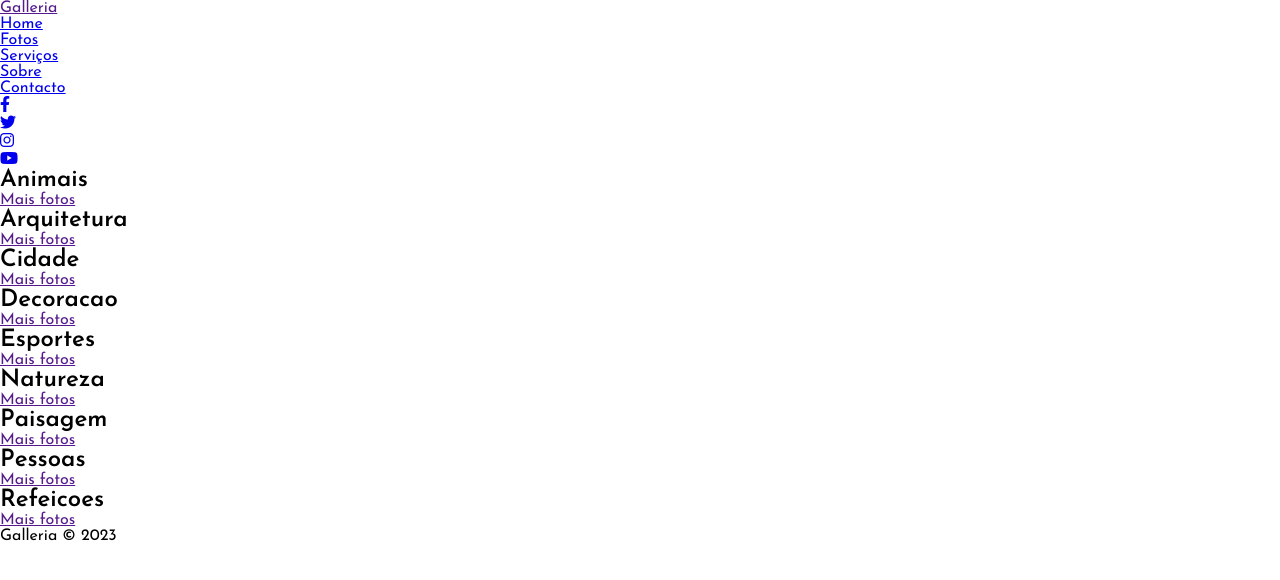
Repository: AghastyGD/gallery-sass
Page: index.html
These files come from the project's save history. The page is drawn as it stood at one moment and after the next save; the edit follows.
The browser window is 1280 px wide. The pictures show the whole page.
The style sheet was rebuilt from its Sass, Less or Tailwind sources for each picture, by a compiler version that may differ from the author's.

Above is the page before, as saved 2023-10-13 18:00:29.

After the next save:
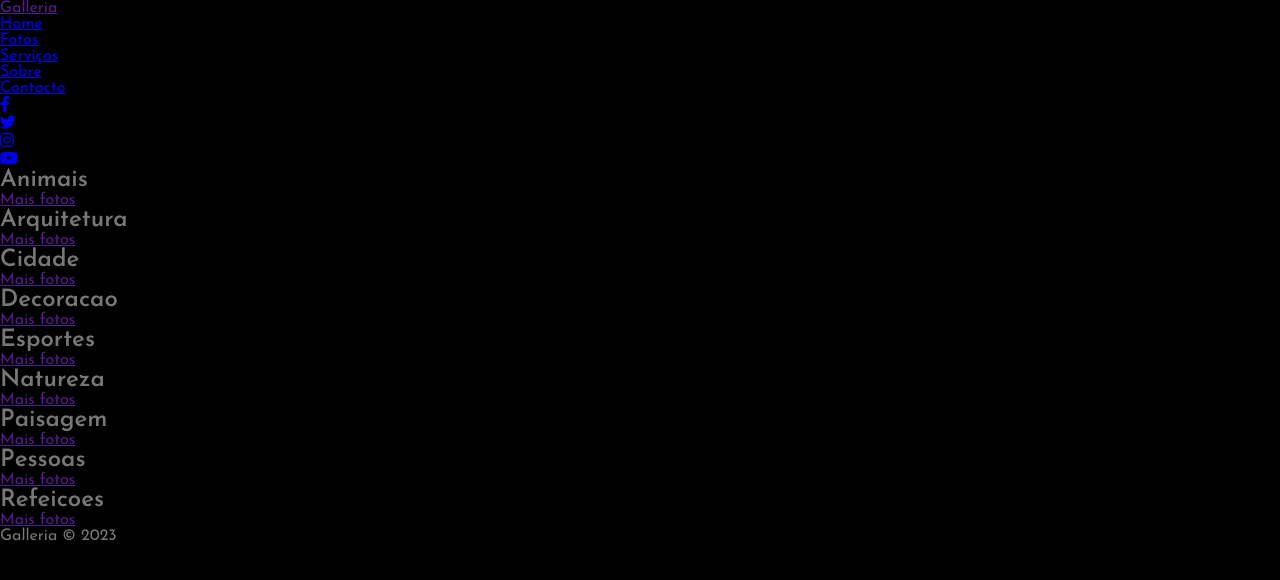
Saved 73 s later.
--- a/sass/styles.sass
+++ b/sass/styles.sass
@@ -5,3 +5,7 @@
   padding: 0
   margin: 0
   box-sizing: border-box
+
+body
+  background-color: variables.$bg-color
+  color: variables.$text-color
